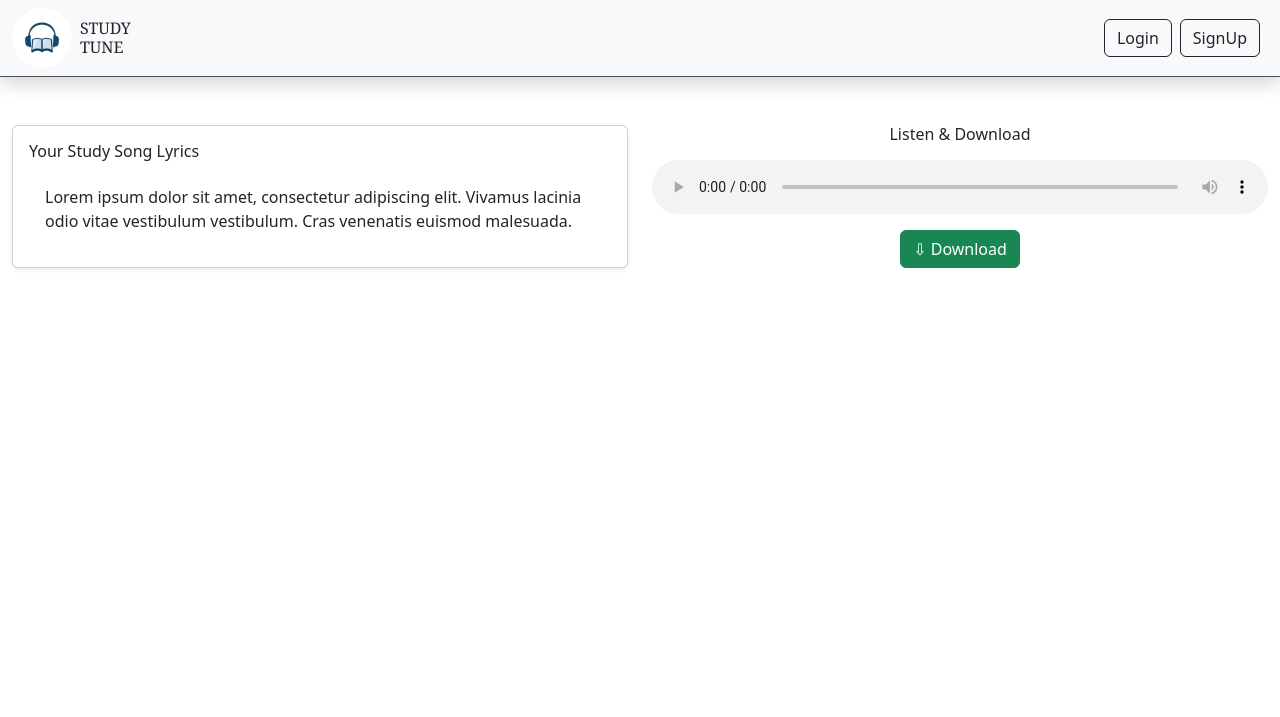
Repository: SpoorthiRaj1908/StudyTune
Page: / (app in frontend/)
The author's editor kept a copy of each file at every save. The page is drawn from the files as they stood at one save, then again after the next save.
The browser window is 1280 px wide. The pictures show the whole page.
Some web libraries are served in a nearby version. The project was rebuilt for these pictures with package versions that can differ from the ones it lists, and the page was loaded fresh each time. Also part of the build but not shown: frontend/vite.config.js, frontend/src/Home/Body.jsx.

Above is the page before, as saved 2025-10-13 22:31:33.

### frontend/index.html
<!doctype html>
<html lang="en">
  <head>
    <meta charset="UTF-8" />
    <link rel="icon" type="image/svg+xml" href="/vite.svg" />
    <link
  href="https://cdn.jsdelivr.net/npm/bootstrap@5.3.3/dist/css/bootstrap.min.css"
  rel="stylesheet"
  integrity="sha384-QWTKZyjpPEjISv5WaRU9OFeRpok6YctnYmDr5pNlyT2bRjXh0JMhjY6hW+ALEwIH"
  crossorigin="anonymous"
/>

    <meta name="viewport" content="width=device-width, initial-scale=1.0" />
    <title>Vite + React</title>
  </head>
  <body>
    <div id="root"></div>
    <script type="module" src="/src/main.jsx"></script>
    <script
  src="https://cdn.jsdelivr.net/npm/bootstrap@5.3.3/dist/js/bootstrap.bundle.min.js"
  integrity="sha384-YvpcrYf0tY3lHB60NNkmXc5s9fDVZLESaAA55NDzOxhy9GkcIdslK1eN7N6jIeHz"
  crossorigin="anonymous"
></script>
<script src="https://cdn.tailwindcss.com"></script>


  </body>
</html>

### frontend/src/main.jsx
import { StrictMode } from 'react'
import { createRoot } from 'react-dom/client'
import Navbar from './Home/Navbar.jsx'
import Body from './Home/Body.jsx'
import Output from './Output.jsx'

createRoot(document.getElementById('root')).render(
  <StrictMode>
    <Navbar></Navbar>
    <Output></Output>
  </StrictMode>,
)

### frontend/src/Home/Navbar.jsx
function Navbar() {
  return (
    <>
      <nav
        className="navbar bg-light border-bottom border-body sticky-top shadow"
        data-bs-theme="dark"
      >
        <div className="container-fluid d-flex align-items-center">
          <div className="d-flex align-items-center">
            <img
              style={{ height: "60px", width: "60px", borderRadius: "50%" }}
              className="me-2"
              src="/Descargar icono de vector de audiolibro en blanco gratis.jpeg"
              alt="Audiobook icon"
            />
            <h4 className="text-dark m-0" class="font-serif ">
              STUDY <br /> TUNE
            </h4>
          </div>

          <button type="button" className="btn btn-outline-dark ms-auto me-2">
            Login
          </button>
         <button type="button" className="btn btn-outline-dark me-2">
  SignUp
</button>

        </div>
      </nav>
    </>
  );
}

export default Navbar;

### frontend/src/Output.jsx
import React from 'react';

export default function Output() {
  return (
    <div className="container mt-5">
      <div className="row">
        {/* Left side: lyrics / notes */}
        <div className="col-md-6 mb-4">
          <div className="card p-3 shadow-sm h-100">
            <h5 className="card-title">Your Study Song Lyrics</h5>
            <div className="card-body" style={{ whiteSpace: 'pre-wrap' }}>
              {/* Replace this with dynamic lyrics from props or state */}
              Lorem ipsum dolor sit amet, consectetur adipiscing elit.
              Vivamus lacinia odio vitae vestibulum vestibulum.
              Cras venenatis euismod malesuada.
            </div>
          </div>
        </div>

        {/* Right side: audio player */}
        <div className="col-md-6 mb-4 d-flex flex-column align-items-center justify-content-center">
          <h5 className="mb-3">Listen & Download</h5>
          <audio controls className="w-100 mb-3">
            <source src="/path/to/generated-song.mp3" type="audio/mpeg" />
            Your browser does not support the audio element.
          </audio>
          <a href="/path/to/generated-song.mp3" download className="btn btn-success">
            &#8681; Download
          </a>
        </div>
      </div>
    </div>
  );
}

After the next save:
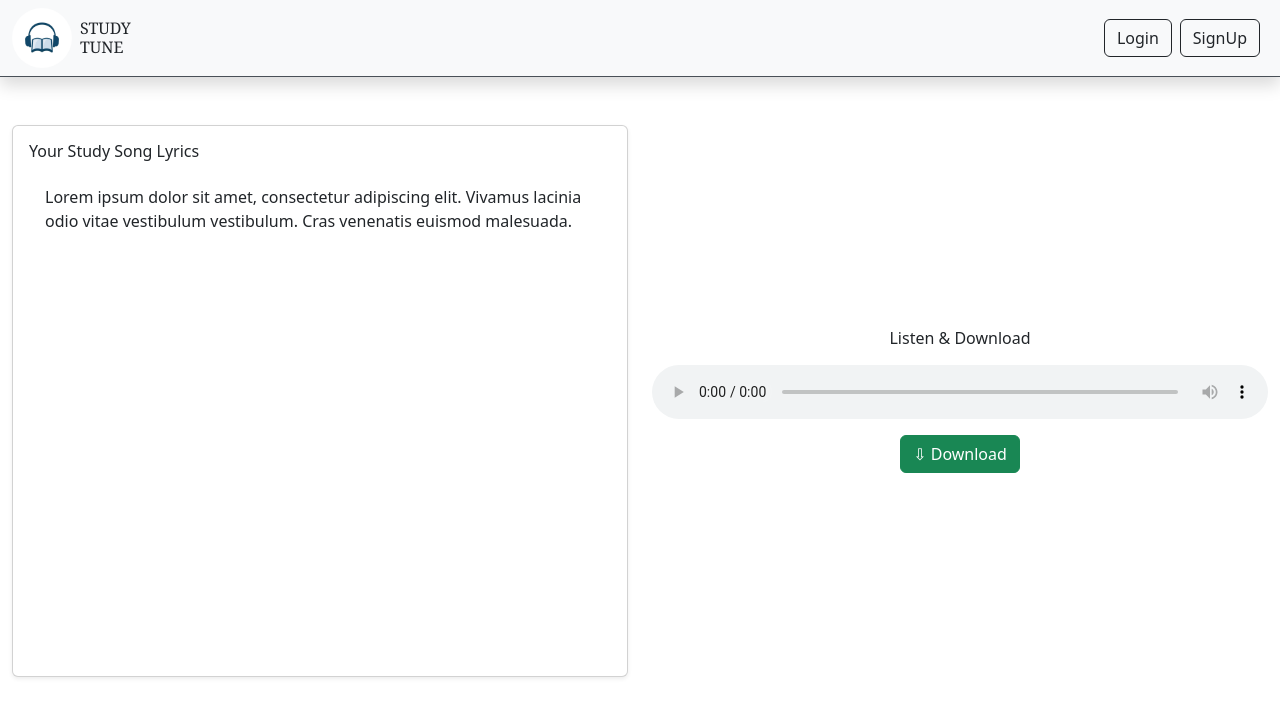
Saved 48 s later.
--- a/frontend/src/Output.jsx
+++ b/frontend/src/Output.jsx
@@ -2,14 +2,14 @@
 
 export default function Output() {
   return (
-    <div className="container mt-5">
-      <div className="row">
+    <div className="container-fluid mt-5">
+      <div className="row" style={{ minHeight: '80vh' }}>
         {/* Left side: lyrics / notes */}
         <div className="col-md-6 mb-4">
-          <div className="card p-3 shadow-sm h-100">
+          <div className="card p-3 shadow-sm h-100" style={{ height: '100%' }}>
             <h5 className="card-title">Your Study Song Lyrics</h5>
-            <div className="card-body" style={{ whiteSpace: 'pre-wrap' }}>
-              {/* Replace this with dynamic lyrics from props or state */}
+            <div className="card-body" style={{ whiteSpace: 'pre-wrap', overflowY: 'auto', height: 'calc(100% - 2.5rem)' }}>
+              {/* Replace this with dynamic lyrics */}
               Lorem ipsum dolor sit amet, consectetur adipiscing elit.
               Vivamus lacinia odio vitae vestibulum vestibulum.
               Cras venenatis euismod malesuada.
